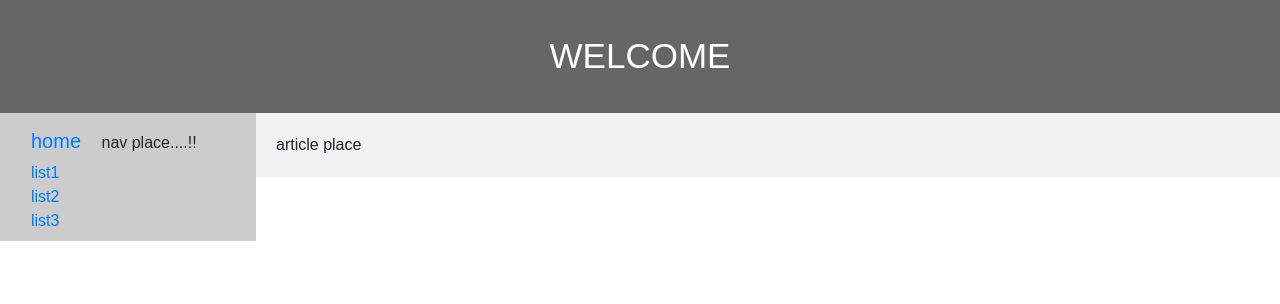
Repository: idrice24/IDRICE24-DASHBOARD
Page: html/header.html
These files come from the project's save history. The page is drawn as it stood at one moment and after the next save; the edit follows.
The browser window is 1280 px wide. The pictures show the whole page.

Above is the page before, as saved 2020-09-03 23:18:33.

After the next save:
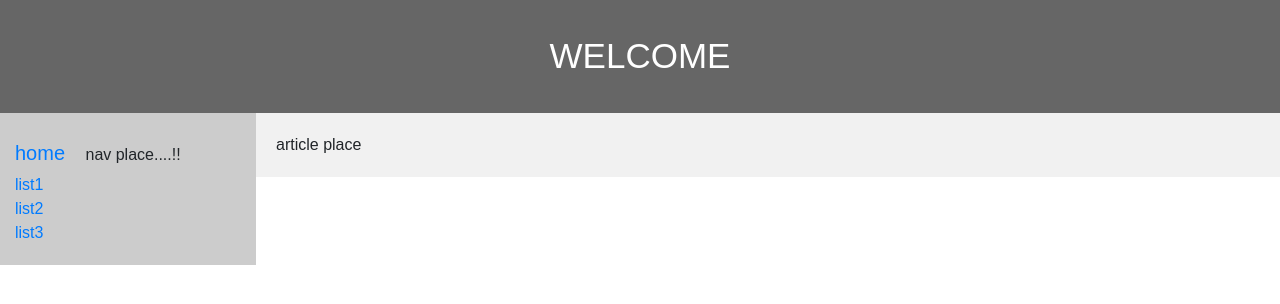
Saved 7 min 9 s later.
--- a/html/header.html
+++ b/html/header.html
@@ -14,7 +14,7 @@
 <body>
     <header>WELCOME</header>
     <section>
-        <nav class="navbar navbar-default">
+        <nav class="nav nav-pills nav-stacked">
             <div class="container-fluid">
                 <div class="navbar-header">
                     <a class="navbar-brand" href="#">home</a> nav place....!!
